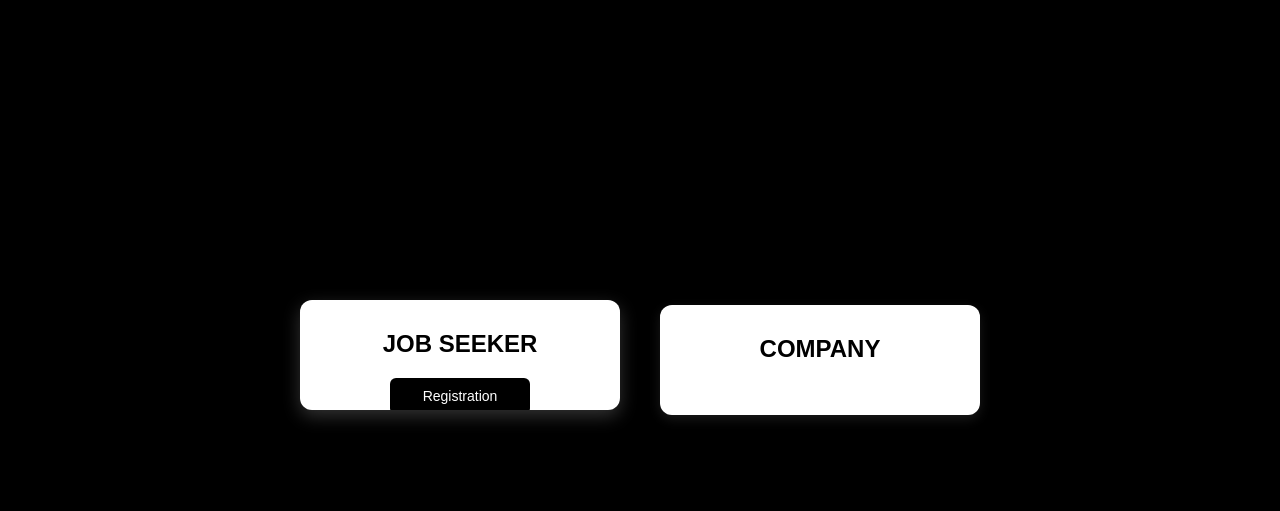
Repository: parthsabhani/Job_Portal_JSP_Servlet
Page: http://localhost/Job_Portal/home.jsp
These files come from the project's save history. The page is drawn as it stood at one moment and after the next save; the edit follows.
The browser window is 1280 px wide. The pictures show the whole page.
The pointer rests on the first visible `.card`.
The page is served by Tomcat 10. Other server files are loaded and not shown.

Above is the page before, as saved 2025-04-22 05:51:24.

### Job_Portal/src/main/webapp/home.jsp
<%@ page language="java" contentType="text/html; charset=UTF-8"
    pageEncoding="UTF-8"%>
<!DOCTYPE html>
<html lang="en">
<head>
  <meta charset="UTF-8" />
  <meta name="viewport" content="width=device-width, initial-scale=1.0"/>
  <title>Reveal on Hover</title>
  <style>
    body {
      margin: 0;
      height: 100vh;
      background-color: #000;
      display: flex;
      justify-content: center;
      align-items: center;
      font-family: Arial, sans-serif;
    }

    .card-container {
      display: flex;
      gap: 40px;
    }

    .card {
      background-color: #fff;
      color: black;
      padding: 30px 50px;
      border-radius: 12px;
      box-shadow: 0 4px 12px rgba(255, 255, 255, 0.1);
      text-align: center;
      font-size: 24px;
      transition: transform 0.3s ease, box-shadow 0.3s ease;
      cursor: pointer;
      display: flex;
      flex-direction: column;
      align-items: center;
      justify-content: flex-start;
      height: 50px;
      width: 220px;
      overflow: hidden;
      position: relative;
    }

    .card:hover {
      transform: translateY(-5px);
      box-shadow: 0 6px 18px rgba(255, 255, 255, 0.2);
    }

    .card-title {
      font-weight: bold;
      margin-bottom: 20px;
      transition: margin-bottom 0.3s ease;
    }

    .card-buttons {
      opacity: 0;
      transform: translateY(20px);
      transition: opacity 0.3s ease, transform 0.3s ease;
      display: flex;
      flex-direction: column;
      gap: 10px;
    }

    .card:hover .card-buttons {
      opacity: 1;
      transform: translateY(0);
    }

    .card button {
      width: 140px;
      padding: 10px 0;
      font-size: 14px;
      border: none;
      border-radius: 6px;
      background-color: #000;
      color: white;
      transition: background-color 0.3s ease;
      box-sizing: border-box;
    }

    .card button:hover {
      background-color: #333;
    }
  </style>
</head>
<body>
  <div class="card-container">
    <div class="card">
      <div class="card-title">JOB SEEKER</div>
      <div class="card-buttons">
        <button onclick="location.href='jobSeekerRegister.jsp'">Registration</button>
        <button onclick="location.href='jobSeekerLogin.jsp'">Login</button>
      </div>
    </div>

    <div class="card">
      <div class="card-title">COMPANY</div>
      <div class="card-buttons">
        <button onclick="location.href='companyRegister.jsp'">Registration</button>
        <button onclick="location.href='companyLogin.jsp'">Login</button>
      </div>
    </div>
  </div>
</body>
</html>

After the next save:
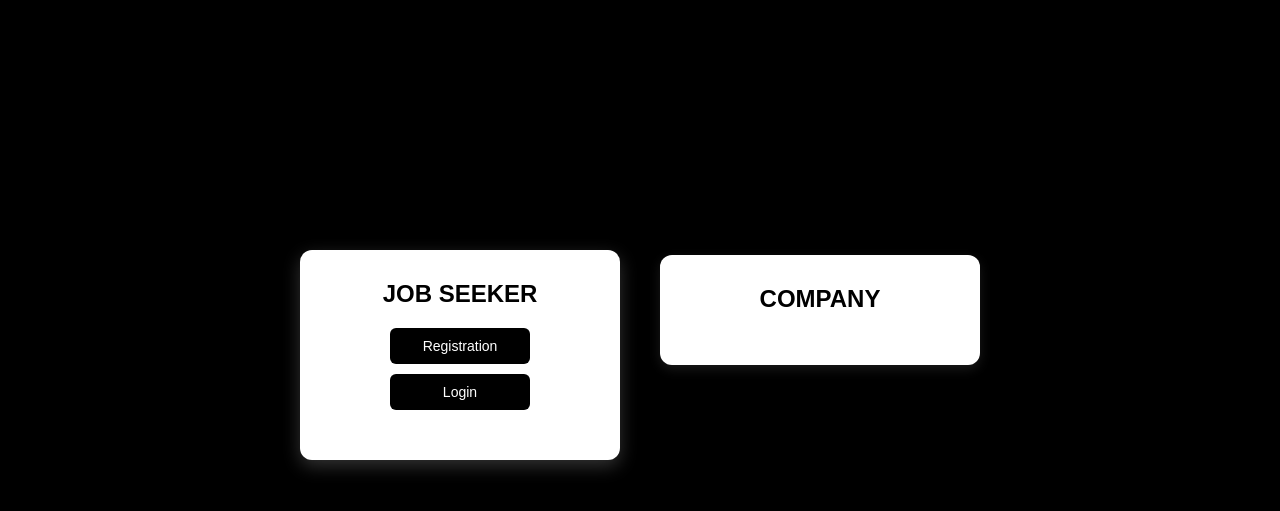
Saved 24 s later.
--- a/Job_Portal/src/main/webapp/home.jsp
+++ b/Job_Portal/src/main/webapp/home.jsp
@@ -43,6 +43,7 @@
     }
 
     .card:hover {
+    	height: 150px;
       transform: translateY(-5px);
       box-shadow: 0 6px 18px rgba(255, 255, 255, 0.2);
     }
